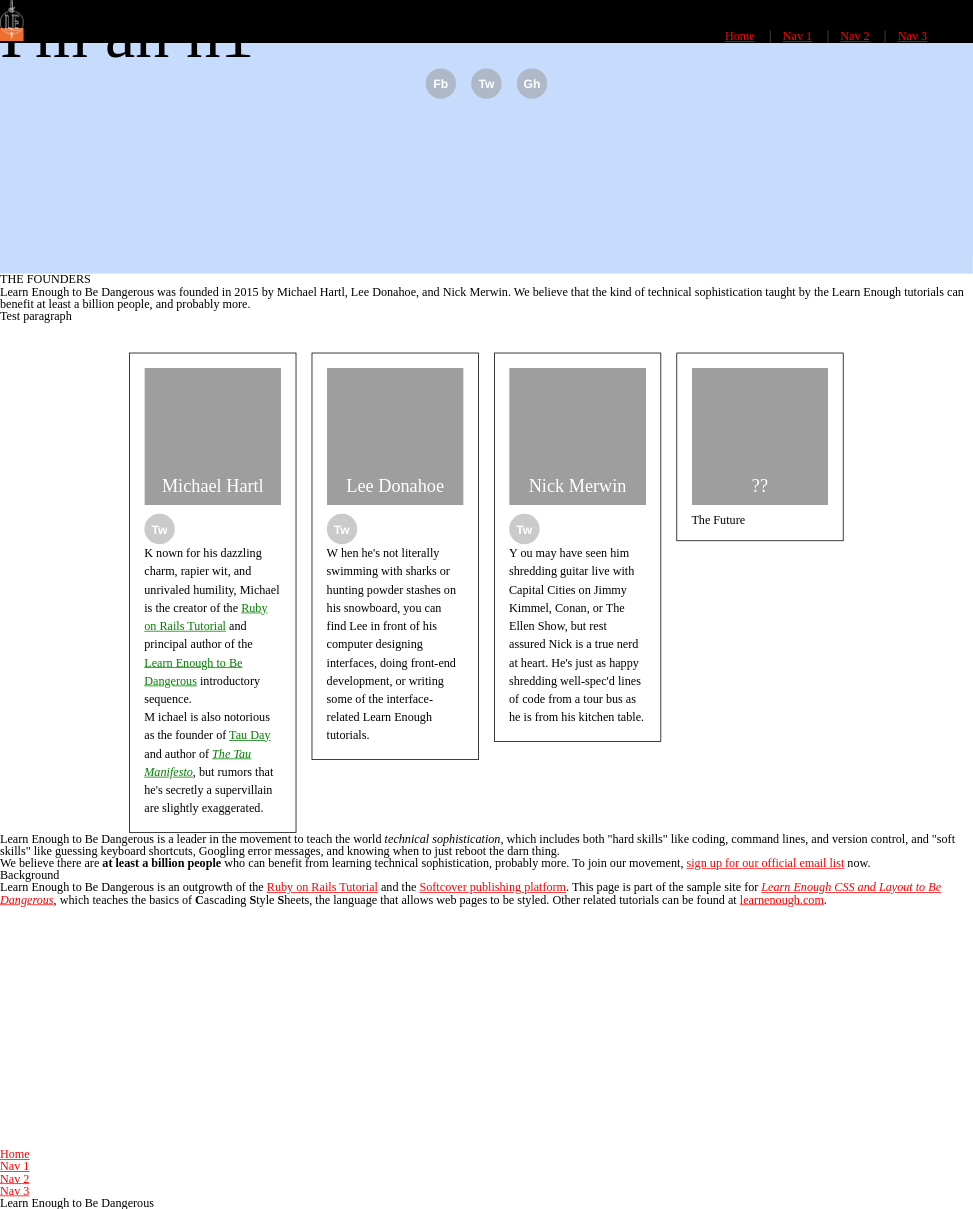
Repository: Ken2072/Ken2072.github.io
Page: _site/index.html
The author's editor kept a record of every edit. The page is drawn from the files as they stood at one moment, then again after the next edit.
The browser window is 1280 px wide. The pictures show the whole page, at 76% of full size.
Pictures or frames that could not be fetched are drawn as grey boxes.

Above is the page before.

### _site/index.html
<!DOCTYPE html>
<html>
<head>
<title>Test Page: Don't Panic</title>
<meta charset="utf-8">
<link rel="stylesheet" href="/css/main.css">
</head>
<body>
<header class="header">
<nav>
<ul class="header-nav nav-links">
<li><a href="/">Home</a></li>
<li><a href="#">Nav 1</a></li>
<li><a href="#">Nav 2</a></li>
<li><a href="#">Nav 3</a></li>
</ul>
</nav>
<a href="/" class="header-logo">
<img src="/images/logo.png" alt="Learn Enough">
</a>
</header>

<div class="full-hero hero-home">
<h1>I'm an h1</h1>
<ul class="social-list">
<li>
<a href="https://example.com/" class="social-link">Fb</a>
</li>
<li>
<a href="https://example.com/" class="social-link">Tw</a>
</li>
<li>
<a href="https://example.com/" class="social-link">Gh</a>
</li>
</ul>
</div>
<h2>THE FOUNDERS</h2>
<p>Learn Enough to Be Dangerous was founded in 2015 by Michael Hartl, Lee Donahoe,
and Nick Merwin. We believe that the kind of technical sophistication taught by
the Learn Enough tutorials can benefit at least a billion people, and probably
more.
</p>
<p>Test paragraph</p>
<div class="bio-wrapper">
<div class="bio-box">
<img src="https://placekitten.com/g/400/400">
<h3>Michael Hartl</h3>
<a href="https://twitter.com/mhartl" class="social-link">Tw</a>
<div class="bio-copy">
<p>K nown for his dazzling charm, rapier wit, and unrivaled humility,
Michael is the creator of the
<a href="https://www.railstutorial.org/">Ruby on Rails
Tutorial</a> and principal author of the
<a href="https://learnenough.com/">
Learn Enough to Be Dangerous</a> introductory sequence.
</p>
<p>M ichael is also notorious as the founder of
<a href="http://tauday.com/">Tau Day</a> and author of
<a href="http://tauday.com/tau-manifesto"><em>The Tau
Manifesto</em></a>, but rumors that he's secretly a supervillain
are slightly exaggerated.
</p>
</div>
</div>
<div class="bio-box">
<img src="https://placekitten.com/g/400/400">
<h3>Lee Donahoe</h3>
<a href="https://twitter.com/leedonahoe" class="social-link">Tw</a>
<div class="bio-copy">
<p>W hen he's not literally swimming with sharks or hunting powder
stashes on his snowboard, you can find Lee in front of his computer
designing interfaces, doing front-end development, or writing some of
the interface-related Learn Enough tutorials.
</p>
</div>
</div>
<div class="bio-box">
<img src="https://placekitten.com/g/400/400">
<h3>Nick Merwin</h3>
<a href="https://twitter.com/nickmerwin" class="social-link">Tw</a>
<div class="bio-copy">
<p>Y ou may have seen him shredding guitar live with Capital Cities on
Jimmy Kimmel, Conan, or The Ellen Show, but rest assured Nick is a
true nerd at heart. He's just as happy shredding well-spec'd lines
of code from a tour bus as he is from his kitchen table.
</p>
</div>
</div>
<div class="bio-box">
<img src="https://placekitten.com/g/400/400">
<h3>??</h3>
<p>The Future
</p>
</div>
</div>
<p>Learn Enough to Be Dangerous is a leader in the movement to teach the
world <em>technical sophistication</em>, which includes both "hard
skills" like coding, command lines, and version control, and "soft
skills" like guessing keyboard shortcuts, Googling error messages, and
knowing when to just reboot the darn thing.
</p>
<p>
    We believe there are <strong>at least a billion people</strong> who can
benefit from learning technical sophistication, probably more. To join
our movement,
<a href="https://learnenough.com/#email_list">sign up for our official
email list</a> now.
</p>
<h3>Background</h3>
<p>Learn Enough to Be Dangerous is an outgrowth of the
<a href="https://www.railstutorial.org/">Ruby on Rails Tutorial</a> and the
<a href="https://www.softcover.io/">Softcover publishing platform</a>.
This page is part of the sample site for
<a href="https://learnenough.com/css-tutorial"><em>Learn Enough CSS and
Layout to Be Dangerous</em></a>, which teaches the basics of
<strong>C</strong>ascading <strong>S</strong>tyle
<strong>S</strong>heets, the language that allows web pages to be styled.
Other related tutorials can be found at
<a href="https://learnenough.com/">learnenough.com</a>.
</p>

<footer class="footer">
<a class="footer-logo" href="/">
<img src="/images/logo.png" alt="Learn Enough"/>
</a>
<nav>
<ul class="footer-nav nav-links">
<li><a href="/">Home</a></li>
<li><a href="#">Nav 1</a></li>
<li><a href="#">Nav 2</a></li>
<li><a href="#">Nav 3</a></li>
</ul>
</nav>
<h3>Learn Enough <span>to Be Dangerous</span></h3>
</footer>
</body>
</html>

### css/main.css
html, body, div, span, applet, object, iframe,
h1, h2, h3, h4, h5, h6, p, blockquote, pre,
a, abbr, acronym, address, big, cite, code,
del, dfn, em, img, ins, kbd, q, s, samp,
small, strike, strong, sub, sup, tt, var,
b, u, i, center, dl, dt, dd, ol, ul, li,
fieldset, form, label, legend, table, caption,
tbody, tfoot, thead, tr, th, td, article, aside,
canvas, details, embed, figure, figcaption, footer,
header, hgroup, menu, nav, output, ruby, section,
summary, time, mark, audio, video {
margin: 0;
padding: 0;
border: 0;
font: inherit;
vertical-align: baseline;
}
/* HTML5 display-role reset for older browsers */
article, aside, details, figcaption, figure,
footer, header, hgroup, menu, nav, section {
display: block;
}
body {
line-height: 1;
}
blockquote, q {
quotes: none;
}b
lockquote:before, blockquote:after,
q:before, q:after {
content: '';
content: none;
}
table {
border-collapse: collapse;
border-spacing: 0;
}
strong, b {
font-weight: bold;
}
em, i {
font-style: italic;
}
a img {
border: none;
}
/* END RESET*/

/* GLOBAL STYLES */
h1 {
font-size: 7vw;
margin-top: 0;
}
a {
color: #f00;
}

/* HEADER STYLES */
.header {
background-color: #000;
color: #fff;
position: fixed;
width: 100%;
z-index: 20;
}.
header-logo {
background-color: #000;
box-sizing: border-box;
display: block;
height: 10vh;
left: -30px;
padding-top: 10px;
position: relative;
text-align: center;
width: 10vh;
}
.header-logo:hover,
.header-logo:active {
background-color: #ed6e2f;
}.header-logo img {
width: 4.3vh;
}.header-nav {
float: right;
padding: 5.5vh 60px 0 0;
}.header-nav > li {
display: inline-block;
margin-left: 1em;
}.header-nav > li ~ li {
border-left: 1px solid rgba(255, 255, 255, 0.3);
padding-left: 1em;
}.
header-nav a {
color: #fff;
}






/* HERO STYLES */
.full-hero {
background-color: #c7dbfc;
height: 50vh;
}


/* SOCIAL STYLES */
.social-link {
background: rgba(150, 150, 150, 0.5);
border-radius: 99px;
box-sizing: border-box;
color: #fff;
display: inline-block;
font-family: helvetica, arial, sans;
font-size: 1rem;
font-weight: bold;
height: 2.5em;
line-height: 1;
padding-top: 0.85em;
text-align: center;
text-decoration: none;
vertical-align: middle;
width: 2.5em;
}
.social-list {
list-style: none;
padding: 0;
text-align: center;
}
.social-list > li {
display: inline-block;
margin: 0 0.5em;
}

/* BIO STYLES */
.bio-wrapper {
font-size: 24px;
margin: auto;
max-width: 960px;
overflow: hidden;
}
.bio-box {
border: 1px solid black;
box-sizing: border-box;
float: left;
font-size: 1rem;
margin: 40px 1% 0;
padding: 2%;
width: 23%;
}
.bio-box h3 {
color: #fff;
font-size: 1.5em;
margin: -40px 0 1em;
text-align: center;
}
.bio-box img {
width: 100%;
}
.bio-copy {
font-size: 1em;
line-height: 1.5;
}
.bio-copy a {
color: green;
}

After the next edit:
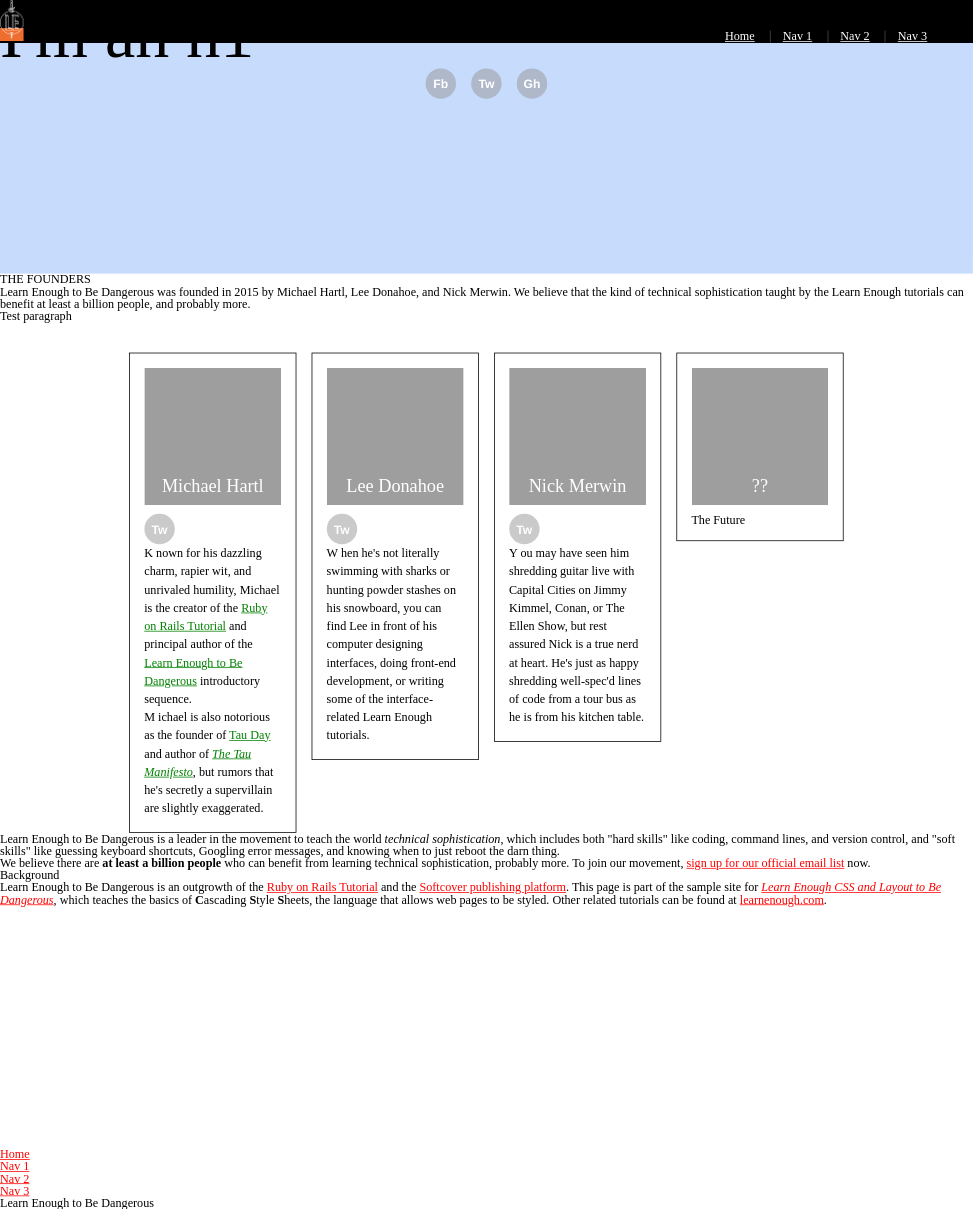
The edit:
--- a/css/main.css
+++ b/css/main.css
@@ -88,8 +88,7 @@
 }.header-nav > li ~ li {
 border-left: 1px solid rgba(255, 255, 255, 0.3);
 padding-left: 1em;
-}.
-header-nav a {
+}.header-nav a {
 color: #fff;
 }
 
